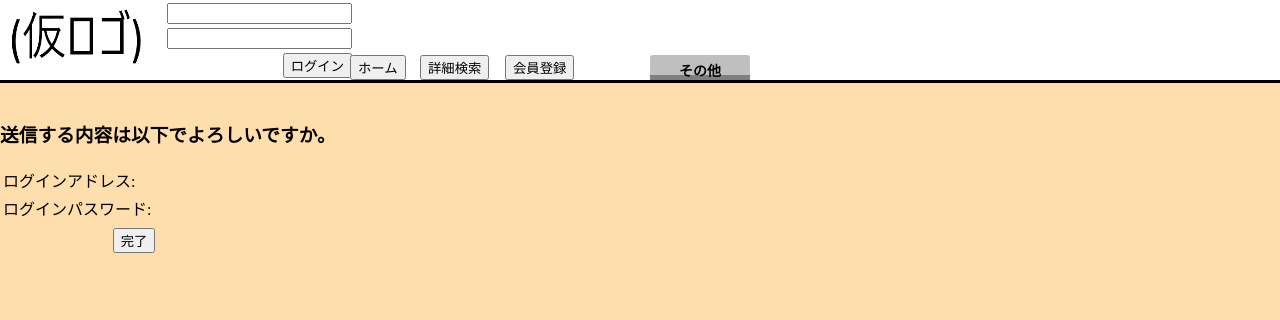
Repository: k0816/backup-master
Page: http://localhost/cycle/userInfoEditConfirm.jsp
The author's editor kept a copy of each file at every save. The page is drawn from the files as they stood at one save, then again after the next save.
The browser window is 1280 px wide. The pictures show the whole page.
The page is served by Tomcat 9.

Above is the page before, as saved 2018-01-22 02:58:09.

After the next save:
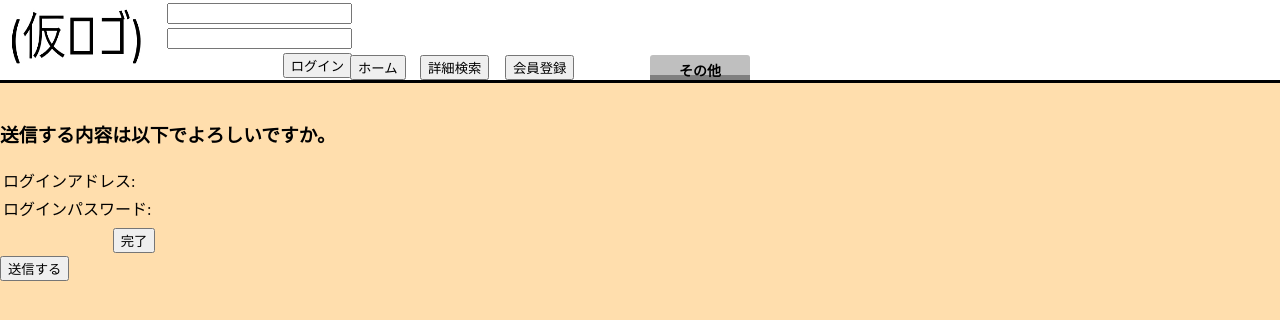
Saved 19 min 31 s later.
--- a/cycle/WebContent/userInfoEditConfirm.jsp
+++ b/cycle/WebContent/userInfoEditConfirm.jsp
@@ -39,5 +39,11 @@
 				</s:form>
 			</table>
 
+<a href='<s:url action="PartyJoinCompleteAction"><s:param name="userId" value="%{loginAddress}"/>
+         <s:param name="partyId" value="%{loginPassword}"/></s:url>'>
+            <input type="submit" value="送信する" />
+</a>
+
+
 </body>
 </html>

After the save that followed:
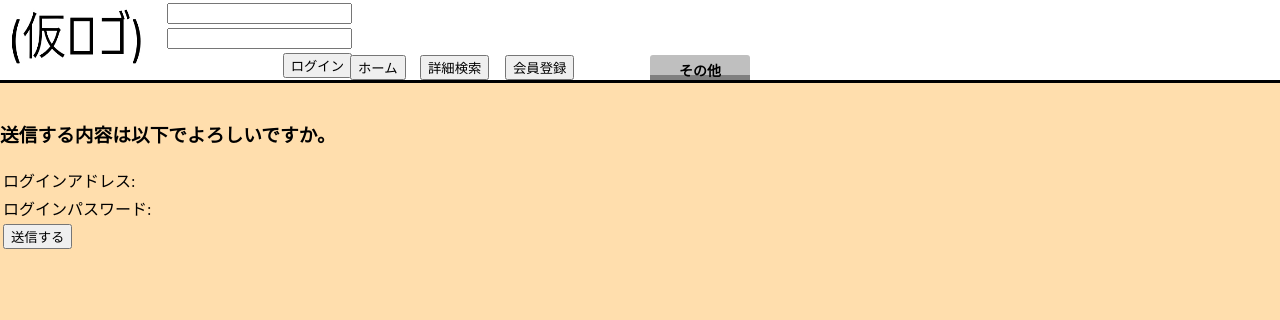
Saved 77 s later.
--- a/cycle/WebContent/userInfoEditConfirm.jsp
+++ b/cycle/WebContent/userInfoEditConfirm.jsp
@@ -33,16 +33,16 @@
 					</tr>
 					<tr>
 						<td>
-							<s:submit value="完了" />
+							<a href='<s:url action="User1infoEditCompleteAction"><s:param name="loginAddress" value="%{loginAddress}"/>
+         <s:param name="loginPasoword" value="%{loginPassword}"/></s:url>'>
+            <input type="submit" value="送信する" />
+</a>
 						</td>
 					</tr>
 				</s:form>
 			</table>
 
-<a href='<s:url action="PartyJoinCompleteAction"><s:param name="userId" value="%{loginAddress}"/>
-         <s:param name="partyId" value="%{loginPassword}"/></s:url>'>
-            <input type="submit" value="送信する" />
-</a>
+
 
 
 </body>
